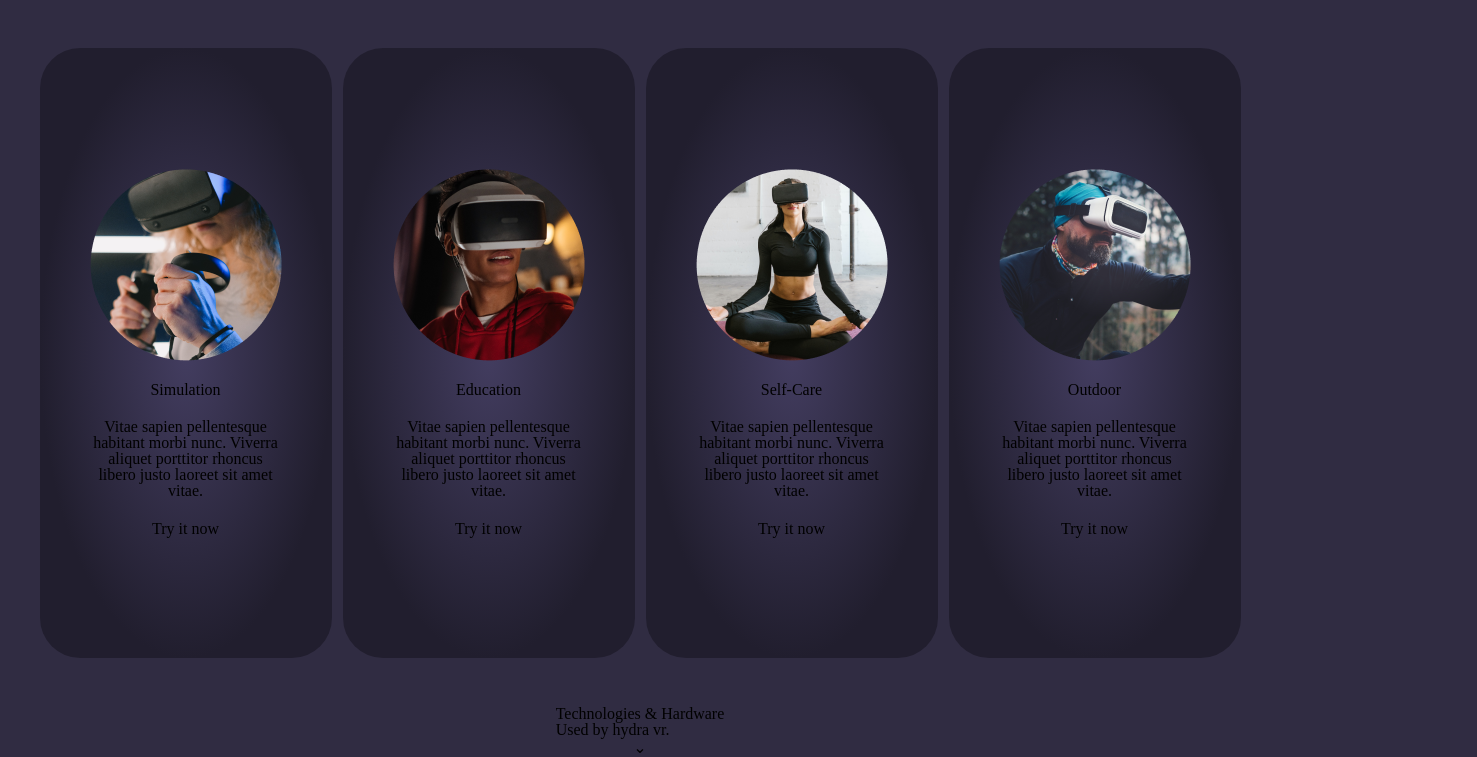
Repository: xMargi/Hydra-LandingPage
Page: index.html
The author's editor kept a copy of each file at every save. The page is drawn from the files as they stood at one save, then again after the next save.
The browser window is 1280 px wide. The page is 1280 px wide, then 1477 px, so the pictures cover 1477 px, including what lies to the right of the window. The pictures show the whole page.

Above is the page before, as saved 2023-06-07 20:11:24.

### index.html
    <!DOCTYPE html>
    <html lang="pt-br">
    <head>
        <meta charset="UTF-8">
        <meta http-equiv="X-UA-Compatible" content="IE=edge">
        <meta name="viewport" content="width=device-width, initial-scale=1.0">
        <title>Hydra - Landing Page</title>
        <link rel="stylesheet" href="./reset.css">
        <link rel="stylesheet" href="./style.css">
    </head>
    <body>
        <div class="cartoes">
            <div class="cartao">
                <img src="./assets/1.png" alt="Mulher jogando em realidade virtual" class="cartao__img">
                <h1 class="cartao__titulo">Simulation</h1>
                <p class="cartao__paragrafo">Vitae sapien pellentesque habitant morbi
                nunc. Viverra aliquet porttitor rhoncus
                libero justo laoreet sit amet vitae.</p>
                <button class="cartao__button">Try it now</button>
            </div>
            <div class="cartao">
                <img src="./assets/2.png" alt="Homem usando um óculos de realidade virtual" class="cartao__img">
                <h1 class="cartao__titulo">Education</h1>
                <p class="cartao__paragrafo">Vitae sapien pellentesque habitant morbi
                nunc. Viverra aliquet porttitor rhoncus
                libero justo laoreet sit amet vitae.</p>
                <button class="cartao__button">Try it now</button>
            </div>
            <div class="cartao">
                <img src="./assets/3.png" alt="Mulher meditando com óculos de realidade virtual" class="cartao__img">
                <h1 class="cartao__titulo">Self-Care</h1>
                <p class="cartao__paragrafo">Vitae sapien pellentesque habitant morbi
                nunc. Viverra aliquet porttitor rhoncus
                libero justo laoreet sit amet vitae.</p>
                <button class="cartao__button">Try it now</button>
            </div>
            <div class="cartao">
                <img src="./assets/4.png" alt="Homem fazendo exercicíos utilizando um óculos de realidade virtual" class="cartao__img">
                <h1 class="cartao__titulo">Outdoor</h1>
                <p class="cartao__paragrafo">Vitae sapien pellentesque habitant morbi
                nunc. Viverra aliquet porttitor rhoncus
                libero justo laoreet sit amet vitae.</p>
                <button class="cartao__button">Try it now</button>
            </div>
        </div>
        <div class="container__imagem">
            <h1 class="imagem__titulo">Technologies & Hardware</h1>
            <p class="imagem__paragrafo">Used by hydra vr.</p>
        </div>
        <button class="botao__baixo">&#8964</button>
        <script src="./script.js"></script>
    </body>
    </html>

### style.css
@import url('https://fonts.googleapis.com/css2?family=Montserrat:wght@300;400;700&display=swap');

:root{

    --fonte: 'Montserrat', sans-serif;
    --cor-fundo: #302C42;
    --cor-cartao: radial-gradient(50% 50% at 50% 50%, #433D60 0%, #211E2E 100%);
    --cor-button: linear-gradient(90deg, #8176AF 0%, #C0B7E8 100%);
    --cor-branca: #FFFFFF;
    --cor-texto: #343045;

}

body{
    box-sizing: border-box;
    background: var(--cor-fundo);
    display: flex;
    align-items: center;
    flex-direction: column;

}

.cartoes{
    margin:3rem 5.4375rem;
    display: flex;
    gap: 0.6875rem;

}

.cartao{
    background: var(--cor-cartao);
    display: flex;
    flex-direction: column;
    gap: 1.3125rem;
    align-items: center;
    justify-content: center;
    text-align: center;
    padding: 3.125rem;
    border-radius: 40px;
    height: 31.875rem;

}

Loaded but not shown: main/reset.css (common file); script.js (no copy from this time; the picture is the same without it)

After the next save:
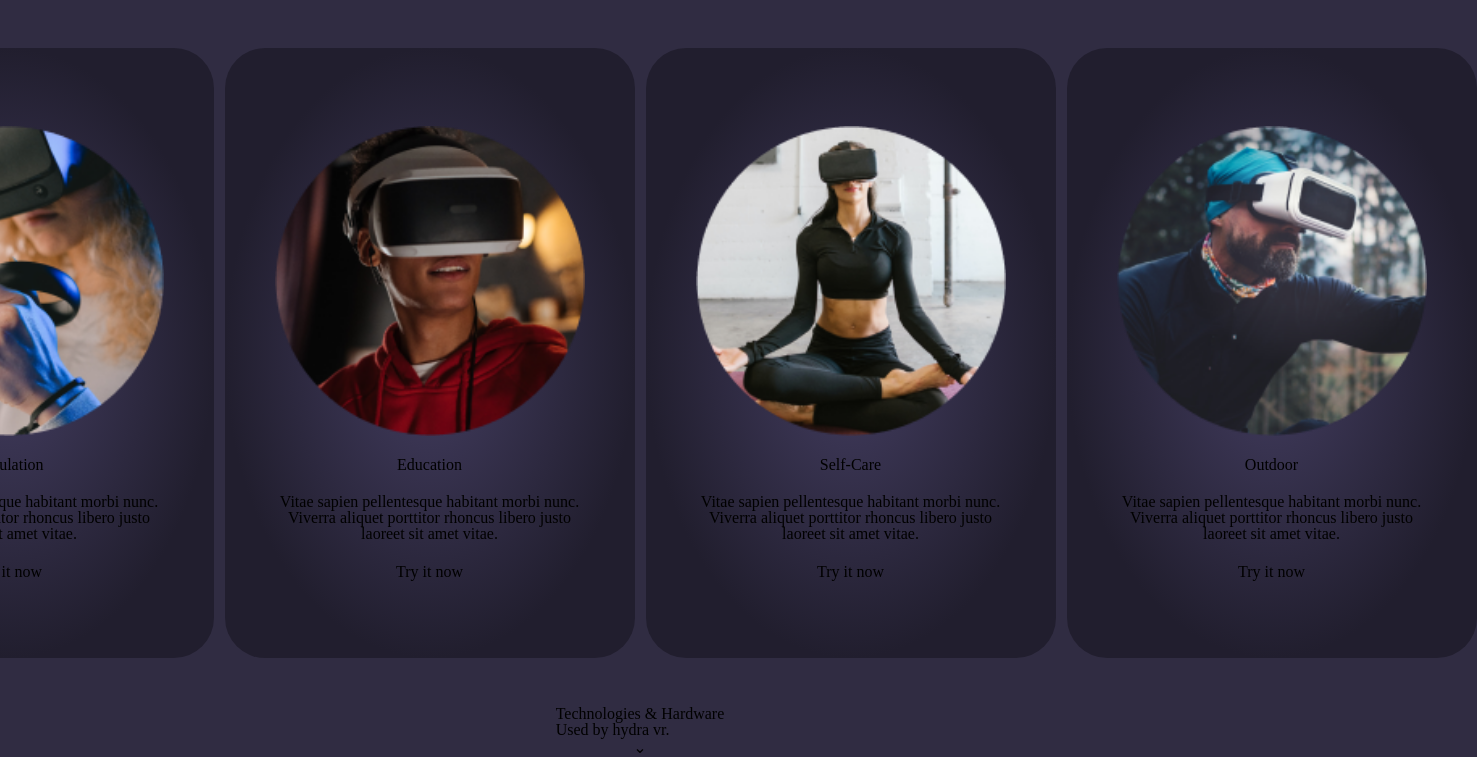
Saved 8 s later.
--- a/style.css
+++ b/style.css
@@ -38,5 +38,6 @@ body{
     padding: 3.125rem;
     border-radius: 40px;
     height: 31.875rem;
+    width: 19.375rem;
 
 }
